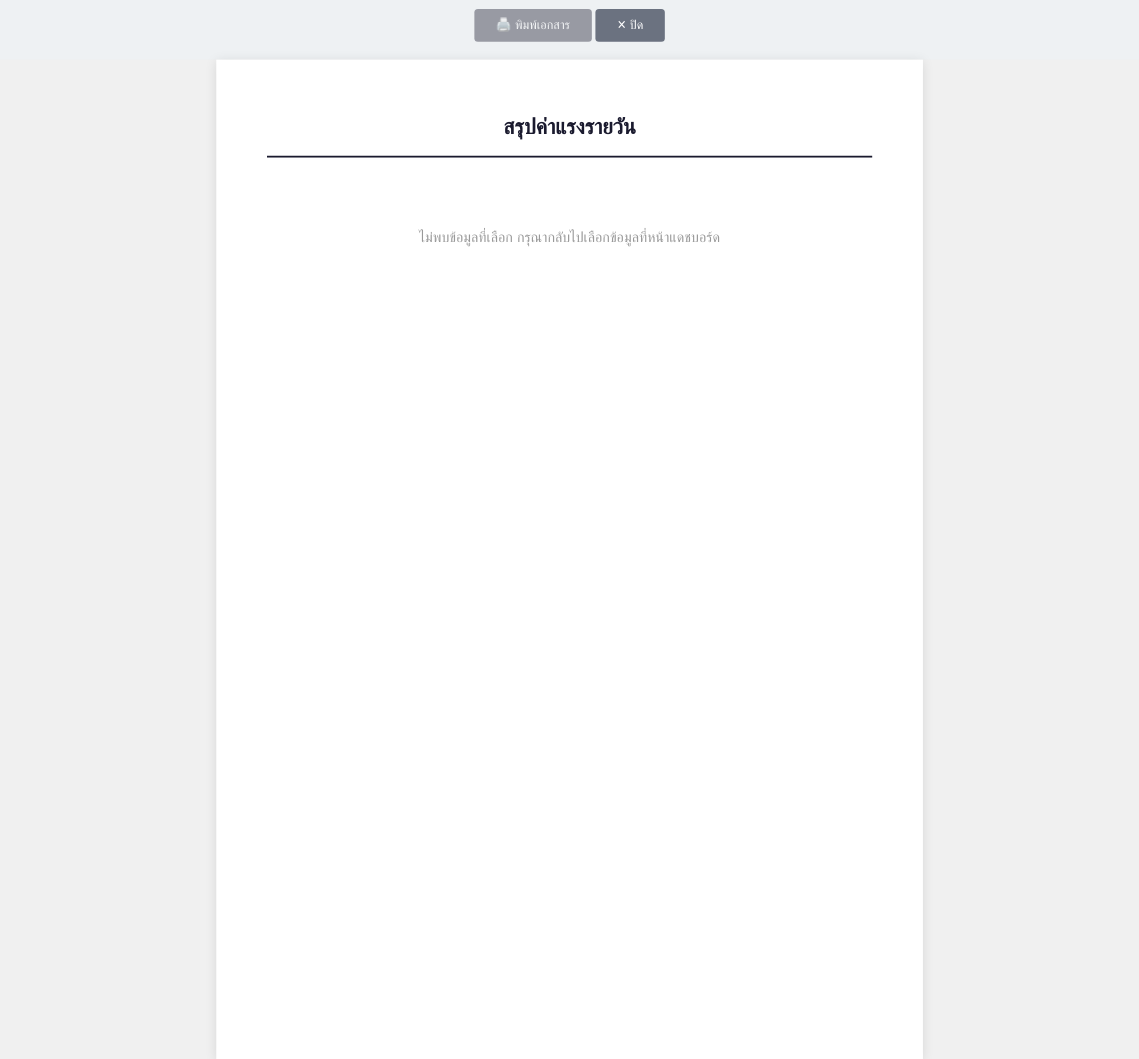
Repository: Artimis2nd/Web-Work
Page: summary-print.html
An editor plug-in stored every save of this project. The page is shown before and after the next save, followed by the edit.
The browser window is 1280 px wide. The pictures show the whole page, at 89% of full size.
Some web libraries are served in a nearby version.

Above is the page before, as saved 2026-07-21 17:36:58.

### summary-print.html
<!DOCTYPE html>
<html lang="th">
<head>
<meta charset="UTF-8">
<meta name="viewport" content="width=device-width, initial-scale=1.0">
<title>พิมพ์สรุปค่าแรง</title>
<script src="https://cdn.tailwindcss.com"></script>
<link rel="stylesheet" href="assets/css/style.css">
<style>
  @page { size: A4 portrait; margin: 15mm; }

  body {
    font-family: 'Sarabun', 'Sarabun PSK', 'TH Sarabun New', Tahoma, sans-serif;
    background: white;
    color: #1a1a2e;
    padding: 0;
    margin: 0;
  }

  .print-wrapper {
    max-width: 210mm;
    margin: 0 auto;
    padding: 15mm 15mm;
  }

  /* ===== การ์ดสรุปแต่ละใบ ขึ้นหน้า A4 ใหม่ทุกใบ ===== */
  .print-card {
    page-break-inside: avoid;
    page-break-before: always;
    margin-bottom: 5mm;
    border: 1.5px solid #333;
    padding: 8mm 8mm 6mm;
    border-radius: 3px;
    min-height: 80mm;
  }

  .print-card:first-child {
    page-break-before: avoid;
  }

  .print-card.has-break {
    page-break-after: always;
  }

  .print-card .card-header {
    margin-bottom: 6mm;
    padding-bottom: 3mm;
    border-bottom: 2px solid #1a1a2e;
  }

  .print-card .card-header .row {
    font-weight: 600;
    font-size: 12pt;
    line-height: 1.8;
    margin-bottom: 1mm;
  }

  .print-card .card-header .row span.label {
    display: inline-block;
    min-width: 90px;
  }

  .print-card .card-header .row .sep {
    display: inline-block;
    width: 20px;
  }

  .print-card .card-header .row .detail-text {
    font-weight: 400;
    white-space: pre-wrap;
  }

  .print-card .card-workers {
    font-size: 11pt;
    line-height: 1.7;
    margin-bottom: 5mm;
  }

  .print-card .card-workers .worker-item {
    padding: 1px 0;
  }

  .print-card .card-footer {
    border-top: 2px solid #1a1a2e;
    padding-top: 3mm;
    text-align: right;
  }

  .print-card .card-footer .sub-row {
    font-size: 11pt;
    font-weight: 400;
    color: #1a1a2e;
    line-height: 1.6;
  }

  .print-card .card-footer .total-row {
    font-size: 13pt;
    font-weight: 700;
    color: #dc2626;
    line-height: 1.8;
    margin-top: 1mm;
    padding-top: 1mm;
    border-top: 1px dashed #ccc;
  }

  /* ===== ส่วนรูปภาพ ขึ้นหน้า A4 ใหม่แยกจากการ์ด ===== */
  .image-section {
    page-break-before: always;
    margin-top: 0;
  }

  .image-page {
    page-break-inside: avoid;
    page-break-before: always;
    margin-bottom: 5mm;
  }

  .image-page:first-child {
    page-break-before: avoid;
  }

  .image-grid {
    display: grid;
    grid-template-columns: 1fr 1fr;
    gap: 6mm;
  }

  .image-grid .img-cell {
    break-inside: avoid;
    page-break-inside: avoid;
    text-align: center;
    margin-bottom: 4mm;
  }

  .image-grid .img-cell img {
    width: 100%;
    height: auto;
    max-height: 160mm;
    object-fit: contain;
    border: 1px solid #ccc;
    border-radius: 2px;
  }

  .image-grid .img-cell .img-date {
    font-size: 9pt;
    color: #555;
    margin-top: 2mm;
  }

  .no-break {
    page-break-inside: avoid;
  }

  .print-header {
    text-align: center;
    font-size: 18pt;
    font-weight: 700;
    margin-bottom: 10mm;
    padding-bottom: 4mm;
    border-bottom: 2px solid #1a1a2e;
  }

  @media screen {
    body {
      background: #f0f0f0;
    }
    .print-wrapper {
      background: white;
      box-shadow: 0 2px 12px rgba(0,0,0,0.1);
      min-height: 297mm;
    }
    /* บนหน้าจอไม่ต้องขึ้นหน้าใหม่ */
    .print-card { page-break-before: auto; page-break-after: auto; margin-bottom: 10mm; }
    .print-card.has-break { page-break-after: auto; }
    .image-section { page-break-before: auto; }
    .image-page { page-break-before: auto; }
  }

  @media print {
    .no-print { display: none; }
    body { background: white; }
    .print-wrapper { padding: 0; max-width: 100%; box-shadow: none; }
  }

  .btn-print {
    display: inline-block;
    padding: 8px 24px;
    background: #1a1a2e;
    color: white;
    border: none;
    border-radius: 4px;
    font-size: 14px;
    cursor: pointer;
    margin-bottom: 10px;
  }
  .btn-print:hover { background: #16213e; }
</style>
</head>
<body>
<div class="no-print" style="text-align:center;padding:10px;background:#eef1f3;">
  <button id="print-btn" class="btn-print" onclick="window.print()" disabled style="opacity:0.4;cursor:not-allowed;">🖨️ พิมพ์เอกสาร</button>
  <button class="btn-print" style="background:#6b7280;" onclick="window.close()">✕ ปิด</button>
</div>
<div id="print-content" class="print-wrapper">
  <div class="print-header">สรุปค่าแรงรายวัน</div>
  <div id="cards-container"></div>
  <div id="images-container" class="image-section"></div>
</div>

<script src="assets/js/config.js"></script>
<script src="assets/js/api.js"></script>
<script src="assets/js/utils.js"></script>
<script src="assets/js/pages/summary-print.js"></script>
</body>
</html>

### assets/css/style.css
/*
  ระบบคิดค่าแรงคนงาน — Design tokens
  แนวคิด: "สมุดบันทึกงานไซต์ก่อสร้าง" กระดาษพิมพ์เขียว (blueprint) + ตรายางประทับ + เทปวัด
*/

@import url('https://fonts.googleapis.com/css2?family=Oswald:wght@500;600;700&family=Inter:wght@400;500;600;700&family=IBM+Plex+Mono:wght@500;600&display=swap');

:root {
  /* Color */
  --ink: #1B2430;
  --ink-soft: #414B58;
  --paper: #EEF1F3;
  --paper-card: #FFFFFF;
  --blueprint: #3D6B99;
  --blueprint-dark: #2C4E70;
  --amber: #F2A93B;
  --amber-dark: #C9860F;
  --green: #3F8F5F;
  --red: #C1443C;
  --line: #D6DCE1;

  /* Type */
  --font-display: 'Oswald', sans-serif;
  --font-body: 'Inter', sans-serif;
  --font-mono: 'IBM Plex Mono', monospace;
}

body {
  background-color: var(--paper);
  background-image:
    linear-gradient(var(--line) 1px, transparent 1px),
    linear-gradient(90deg, var(--line) 1px, transparent 1px);
  background-size: 32px 32px;
  font-family: var(--font-body);
  color: var(--ink);
}

.font-display { font-family: var(--font-display); letter-spacing: 0.02em; }
.font-mono { font-family: var(--font-mono); }

/* ---------- App shell ---------- */
.app-shell {
  min-height: 100vh;
}

.sidebar {
  background: var(--ink);
  color: #E8ECEF;
}

.sidebar .brand {
  font-family: var(--font-display);
  font-weight: 600;
  letter-spacing: 0.04em;
}

.nav-tab {
  display: flex;
  align-items: center;
  gap: 0.6rem;
  padding: 0.65rem 0.9rem;
  border-radius: 4px;
  color: #B7C0CB;
  font-weight: 500;
  font-size: 0.92rem;
  transition: background-color 0.15s ease, color 0.15s ease, transform 0.1s ease;
  border-left: 3px solid transparent;
}

.nav-tab:hover {
  background: rgba(255,255,255,0.06);
  color: #FFFFFF;
}

.nav-tab.active {
  background: rgba(242, 169, 59, 0.12);
  color: var(--amber);
  border-left-color: var(--amber);
}

/* ---------- Ledger card ---------- */
.ledger-card {
  background: var(--paper-card);
  border: 1px solid var(--line);
  border-radius: 6px;
  box-shadow: 0 1px 2px rgba(27, 36, 48, 0.04);
}

.kpi-card {
  position: relative;
  overflow: hidden;
}

.kpi-card::before {
  content: '';
  position: absolute;
  left: 0; top: 0; bottom: 0;
  width: 4px;
  background: var(--tick-color, var(--blueprint));
}

.kpi-label {
  font-size: 0.72rem;
  letter-spacing: 0.08em;
  text-transform: uppercase;
  color: var(--ink-soft);
  font-weight: 600;
}

.kpi-value {
  font-family: var(--font-mono);
  font-weight: 600;
  color: var(--ink);
}

/* ---------- Measuring-tape ruled table ---------- */
.tape-table {
  border-collapse: separate;
  border-spacing: 0;
  width: 100%;
  table-layout: fixed; /* Force table to respect column widths */
}

.tape-table thead th {
  position: relative;
  text-align: center;
  font-size: 0.7rem;
  letter-spacing: 0.06em;
  text-transform: uppercase;
  color: var(--ink-soft);
  font-weight: 600;
  padding: 0.7rem 2px; /* Further reduced horizontal padding */
  border-bottom: 2px solid var(--ink);
  background: var(--paper-card);
  border-right: 1px solid var(--line);
  word-wrap: break-word; /* Allow long words in header to wrap */
  vertical-align: top; /* Align wrapped header text to the top */
}

.tape-table thead th:last-child {
  border-right: none;
}

.tape-table tbody td {
  padding: 0.65rem 2px; /* Further reduced horizontal padding */
  border-bottom: 1px dashed var(--line);
  font-size: 0.88rem;
  border-right: 1px solid var(--line);
}

.tape-table tbody td:last-child {
  border-right: none;
}

.tape-table tbody tr:hover td {
  background: #F8FAFB;
}

.tape-table tbody tr:first-child td {
  border-top: none;
}

/* left ruler ticks on first column */
.tape-table tbody td:first-child {
  position: relative;
  padding-left: 4px; /* Reduced first column padding */
}

/* ---------- Rubber stamp badge ---------- */
.stamp {
  display: inline-flex;
  align-items: center;
  gap: 0.3rem;
  font-family: var(--font-display);
  font-size: 0.68rem;
  letter-spacing: 0.08em;
  text-transform: uppercase;
  font-weight: 600;
  padding: 0.18rem 0.55rem;
  border: 1.5px solid currentColor;
  border-radius: 3px;
  transform: rotate(-2deg);
}

.stamp-active { color: var(--green); }
.stamp-inactive { color: var(--ink-soft); }
.stamp-paid { color: var(--blueprint-dark); }

/* ---------- Buttons ---------- */
.btn {
  display: inline-flex;
  align-items: center;
  justify-content: center;
  gap: 0.4rem;
  font-weight: 600;
  font-size: 0.86rem;
  padding: 0.55rem 1rem;
  border-radius: 5px;
  transition: filter 0.15s ease, transform 0.05s ease;
  cursor: pointer;
}
.btn:active { transform: translateY(1px); }

.btn-primary { background: var(--blueprint); color: #fff; }
.btn-primary:hover { filter: brightness(1.08); }

.btn-amber { background: var(--amber); color: var(--ink); }
.btn-amber:hover { filter: brightness(1.05); }

.btn-outline { background: transparent; border: 1.5px solid var(--line); color: var(--ink); }
.btn-outline:hover { border-color: var(--ink-soft); }

.btn-danger { background: transparent; color: var(--red); }
.btn-danger:hover { background: rgba(193,68,60,0.08); }

.btn[disabled] {
  cursor: not-allowed;
  filter: grayscale(0.5) brightness(0.95);
}

.progress-button-content {
  width: 100%;
  display: flex;
  flex-direction: column;
  align-items: center;
  gap: 5px;
}
.progress-label {
  font-size: 0.8rem;
  transition: color 0.2s ease;
}
.progress-track {
  width: 100%;
  height: 5px;
  background: rgba(255,255,255,0.3);
  border-radius: 3px;
  overflow: hidden;
}
.progress-fill {
  height: 100%;
  background: #fff;
  border-radius: 3px;
  transition: width 0.15s linear;
}

.btn-sm { padding: 0.3rem 0.6rem; font-size: 0.78rem; }

/* ---------- Form fields ---------- */
.field-label {
  display: block;
  font-size: 0.8rem;
  font-weight: 600;
  color: var(--ink-soft);
  margin-bottom: 0.3rem;
}

.field-input {
  width: 100%;
  border: 1.5px solid var(--line);
  border-radius: 5px;
  padding: 0.55rem 0.75rem;
  font-size: 0.9rem;
  background: #fff;
  color: var(--ink);
}
.field-input:focus {
  outline: none;
  border-color: var(--blueprint);
  box-shadow: 0 0 0 3px rgba(61, 107, 153, 0.15);
}

textarea.field-input {
  min-height: 120px;
  resize: vertical;
}

.worker-check {
  display: flex;
  align-items: center;
  justify-content: space-between;
  padding: 0.6rem 0.75rem;
  border: 1.5px solid var(--line);
  border-radius: 5px;
  cursor: pointer;
  transition: border-color 0.15s ease, background-color 0.15s ease;
}
.worker-check.checked {
  border-color: var(--amber-dark);
  background: rgba(242, 169, 59, 0.08);
}

/* ---------- Worker wage options (v2) ---------- */
.worker-options {
  display: none;
  margin-top: 0.5rem;
  padding: 0.75rem;
  background: #F8FAFB;
  border: 1px solid var(--line);
  border-radius: 5px;
}
.worker-options.open {
  display: block;
}

.wage-type-toggle {
  display: flex;
  gap: 0.5rem;
  margin-bottom: 0.5rem;
}

.wage-type-btn {
  padding: 0.3rem 0.7rem;
  font-size: 0.78rem;
  border: 1.5px solid var(--line);
  border-radius: 4px;
  background: #fff;
  cursor: pointer;
  font-weight: 500;
  transition: all 0.12s ease;
}
.wage-type-btn.active {
  border-color: var(--blueprint);
  background: var(--blueprint);
  color: #fff;
}

.wage-input-group {
  display: flex;
  align-items: center;
  gap: 0.5rem;
  flex-wrap: wrap;
}

.wage-input-group label {
  font-size: 0.8rem;
  color: var(--ink-soft);
  font-weight: 500;
}

.wage-input-group select,
.wage-input-group input[type="number"] {
  border: 1.5px solid var(--line);
  border-radius: 4px;
  padding: 0.3rem 0.5rem;
  font-size: 0.85rem;
  background: #fff;
  color: var(--ink);
  font-family: var(--font-mono);
}
.wage-input-group select:focus,
.wage-input-group input[type="number"]:focus {
  outline: none;
  border-color: var(--blueprint);
}

.wage-calc-result {
  font-size: 0.82rem;
  font-weight: 600;
  color: var(--blueprint-dark);
  margin-top: 0.3rem;
}

.wage-calc-result .no-markup {
  color: var(--red);
  font-size: 0.72rem;
  font-weight: 500;
}

/* ---------- Image upload (v2) ---------- */
.image-upload-area {
  border: 2px dashed var(--line);
  border-radius: 6px;
  padding: 1.5rem;
  text-align: center;
  cursor: pointer;
  transition: border-color 0.15s ease, background-color 0.15s ease;
}
.image-upload-area:hover {
  border-color: var(--blueprint);
  background: rgba(61, 107, 153, 0.04);
}
.image-upload-area.dragover {
  border-color: var(--amber);
  background: rgba(242, 169, 59, 0.06);
}

.image-grid {
  display: grid;
  grid-template-columns: repeat(auto-fill, minmax(100px, 1fr));
  gap: 0.5rem;
  margin-top: 0.75rem;
}

.image-preview {
  position: relative;
  aspect-ratio: 1;
  border-radius: 4px;
  overflow: hidden;
  border: 1px solid var(--line);
}
.image-preview img {
  width: 100%;
  height: 100%;
  object-fit: cover;
}
.image-preview .remove-btn {
  position: absolute;
  top: 2px;
  right: 2px;
  width: 22px;
  height: 22px;
  border-radius: 50%;
  background: rgba(0,0,0,0.6);
  color: #fff;
  border: none;
  font-size: 14px;
  line-height: 1;
  cursor: pointer;
  display: flex;
  align-items: center;
  justify-content: center;
  transition: background 0.12s ease;
}
.image-preview .remove-btn:hover {
  background: var(--red);
}

.image-count {
  font-size: 0.78rem;
  color: var(--ink-soft);
  margin-top: 0.4rem;
}

/* ---------- Loading skeleton ---------- */
.skeleton {
  background: linear-gradient(90deg, #E4E8EB 25%, #EDF0F2 37%, #E4E8EB 63%);
  background-size: 400% 100%;
  animation: skeleton-loading 1.4s ease infinite;
  border-radius: 4px;
}
@keyframes skeleton-loading {
  0% { background-position: 100% 50%; }
  100% { background-position: 0 50%; }
}

.spinner {
  width: 1.1rem;
  height: 1.1rem;
  border: 2.5px solid rgba(255,255,255,0.4);
  border-top-color: #fff;
  border-radius: 50%;
  animation: spin 0.7s linear infinite;
}
.spinner-dark {
  border: 2.5px solid rgba(27,36,48,0.15);
  border-top-color: var(--blueprint);
}
@keyframes spin { to { transform: rotate(360deg); } }

/* ---------- Toast ---------- */
#toast-container {
  position: fixed;
  bottom: 1.25rem;
  right: 1.25rem;
  z-index: 60;
  display: flex;
  flex-direction: column;
  gap: 0.5rem;
}

.toast {
  min-width: 260px;
  max-width: 340px;
  padding: 0.75rem 1rem;
  border-radius: 6px;
  font-size: 0.86rem;
  font-weight: 500;
  color: #fff;
  box-shadow: 0 6px 16px rgba(0,0,0,0.18);
  animation: toast-in 0.2s ease;
}
@keyframes toast-in {
  from { opacity: 0; transform: translateY(8px); }
  to { opacity: 1; transform: translateY(0); }
}
.toast-success { background: var(--green); }
.toast-error { background: var(--red); }
.toast-info { background: var(--blueprint-dark); }

/* ---------- Error banner ---------- */
.error-banner {
  border: 1.5px solid var(--red);
  background: rgba(193, 68, 60, 0.06);
  color: var(--red);
  border-radius: 6px;
  padding: 0.85rem 1rem;
  font-size: 0.88rem;
  display: flex;
  align-items: flex-start;
  gap: 0.6rem;
}

/* ---------- Status badge ---------- */
.status-badge {
  display: flex;
  align-items: center;
  gap: 6px;
  font-size: 0.7rem;
  padding: 5px 10px;
  border-radius: 20px;
  white-space: nowrap;
  font-weight: 600;
  border: 1.5px solid transparent;
  transition: background 0.2s ease, color 0.2s ease;
}
.status-badge.status-online,
.status-badge.status-offline {
  /* เปลี่ยนกลับเป็น text-only เมื่อได้ผลลัพธ์ */
  display: inline-flex;
  align-items: center;
  gap: 4px;
  padding: 4px 10px;
}
.status-online {
  background: #e6f7e6;
  color: #1a7d1a;
  border-color: #b8e6b8;
}
.status-offline {
  background: #ffe6e6;
  color: #cc0000;
  border-color: #f5b8b8;
}

.status-progress-label {
  font-size: 0.65rem;
  font-weight: 700;
  min-width: 3.5em;
  text-align: center;
}
.status-progress-track {
  width: 60px;
  height: 6px;
  background: #dce2e8;
  border-radius: 3px;
  overflow: hidden;
}
.status-progress-fill {
  height: 100%;
  background: #3D6B99;
  border-radius: 3px;
  transition: width 0.15s linear;
}
.status-loading {
  background: #f0f4f8;
  color: #3D6B99;
  border-color: #c8d4e0;
}

/* ---------- Text truncate for job detail ---------- */
.text-truncate {
  max-width: 250px;
  white-space: normal; /* Allow text to wrap */
  word-break: break-word; /* Break long words to prevent overflow */
}

/* Scrollbar tidy */
::-webkit-scrollbar { width: 8px; height: 8px; }
::-webkit-scrollbar-thumb { background: #C7CFD6; border-radius: 4px; }

/* ---------- Print Styles ---------- */
@media print {
  body {
    background: none;
  }

  /* Hide everything by default */
  body * {
    visibility: hidden;
  }

  /* Then, show the printable area and its children */
  #printable-area, #printable-area * {
    visibility: visible;
  }

  /* Position the printable area at the top of the page */
  #printable-area {
    position: absolute;
    left: 0;
    top: 0;
    width: 100%;
    padding: 0;
  }
}

### assets/js/config.js
/**
 * ตั้งค่า URL ของ Google Apps Script Web App ที่นี่
 * หลังจาก Deploy Web App แล้ว ให้นำ URL ที่ได้ (ลงท้ายด้วย /exec) มาวางแทนค่าด้านล่าง
 */
window.API_URL = 'https://script.google.com/macros/s/AKfycbyyXY_YjBvFi9lMIIbMjmkdoYzpeusf_W97DfdqgGDmp-2ctgk91iVhUHt_Y6VvIAqVZg/exec';

Loaded but not shown: assets/js/utils.js (288 lines, source omitted); assets/js/pages/summary-print.js (205 lines, source omitted); assets/js/api.js (58 lines, source omitted)

After the next save:
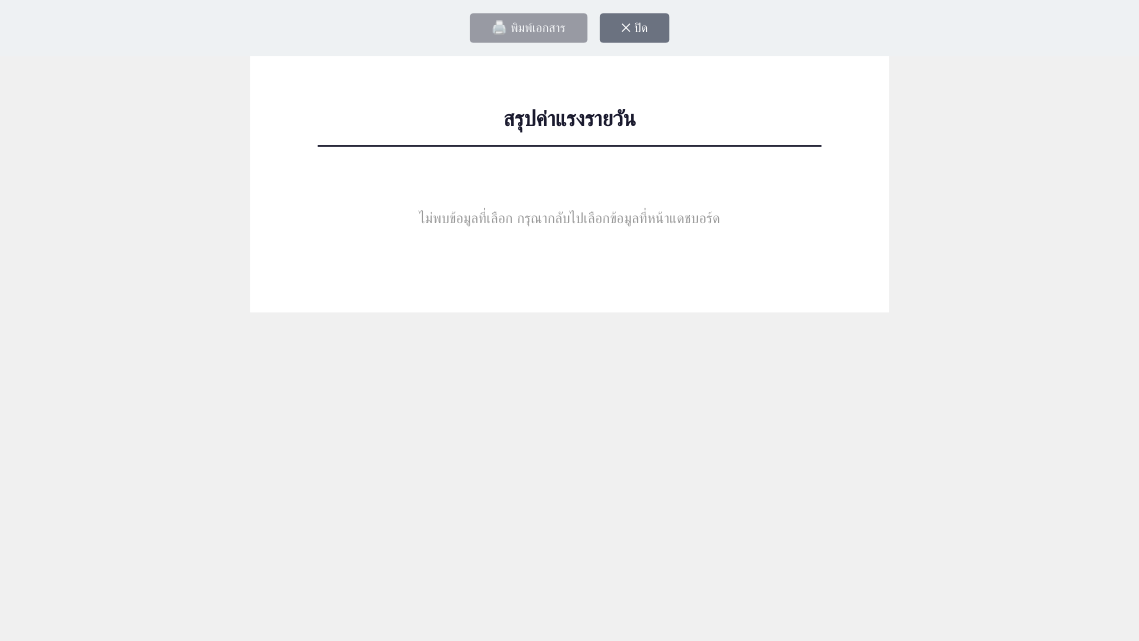
Saved 7 min 4 s later.
--- a/summary-print.html
+++ b/summary-print.html
@@ -4,70 +4,63 @@
 <meta charset="UTF-8">
 <meta name="viewport" content="width=device-width, initial-scale=1.0">
 <title>พิมพ์สรุปค่าแรง</title>
-<script src="https://cdn.tailwindcss.com"></script>
-<link rel="stylesheet" href="assets/css/style.css">
 <style>
-  @page { size: A4 portrait; margin: 15mm; }
-
+  /* ===== Reset & Base ===== */
+  * { box-sizing: border-box; }
   body {
     font-family: 'Sarabun', 'Sarabun PSK', 'TH Sarabun New', Tahoma, sans-serif;
-    background: white;
+    background: #f0f0f0;
     color: #1a1a2e;
     padding: 0;
     margin: 0;
   }
 
   .print-wrapper {
-    max-width: 210mm;
+    max-width: 190mm;
     margin: 0 auto;
-    padding: 15mm 15mm;
+    background: white;
+    padding: 15mm 20mm;
   }
 
-  /* ===== การ์ดสรุปแต่ละใบ ขึ้นหน้า A4 ใหม่ทุกใบ ===== */
+  /* ===== Print Header ===== */
+  .print-header {
+    text-align: center;
+    font-size: 18pt;
+    font-weight: 700;
+    margin-bottom: 8mm;
+    padding-bottom: 4mm;
+    border-bottom: 2px solid #1a1a2e;
+  }
+
+  /* ===== Card ===== */
   .print-card {
     page-break-inside: avoid;
     page-break-before: always;
-    margin-bottom: 5mm;
     border: 1.5px solid #333;
     padding: 8mm 8mm 6mm;
     border-radius: 3px;
+    margin-bottom: 5mm;
     min-height: 80mm;
   }
-
-  .print-card:first-child {
-    page-break-before: avoid;
-  }
-
-  .print-card.has-break {
-    page-break-after: always;
-  }
+  .print-card:first-child { page-break-before: avoid; }
+  .print-card.has-break { page-break-after: always; }
 
   .print-card .card-header {
     margin-bottom: 6mm;
     padding-bottom: 3mm;
     border-bottom: 2px solid #1a1a2e;
   }
-
   .print-card .card-header .row {
-    font-weight: 600;
     font-size: 12pt;
     line-height: 1.8;
     margin-bottom: 1mm;
   }
-
-  .print-card .card-header .row span.label {
-    display: inline-block;
-    min-width: 90px;
+  .print-card .card-header .row .label {
+    font-weight: 600;
   }
-
   .print-card .card-header .row .sep {
     display: inline-block;
-    width: 20px;
-  }
-
-  .print-card .card-header .row .detail-text {
-    font-weight: 400;
-    white-space: pre-wrap;
+    width: 15px;
   }
 
   .print-card .card-workers {
@@ -75,7 +68,6 @@
     line-height: 1.7;
     margin-bottom: 5mm;
   }
-
   .print-card .card-workers .worker-item {
     padding: 1px 0;
   }
@@ -85,14 +77,12 @@
     padding-top: 3mm;
     text-align: right;
   }
-
   .print-card .card-footer .sub-row {
     font-size: 11pt;
     font-weight: 400;
     color: #1a1a2e;
     line-height: 1.6;
   }
-
   .print-card .card-footer .total-row {
     font-size: 13pt;
     font-weight: 700;
@@ -100,88 +90,65 @@
     line-height: 1.8;
     margin-top: 1mm;
     padding-top: 1mm;
-    border-top: 1px dashed #ccc;
+    border-top: 1px dashed #999;
   }
 
-  /* ===== ส่วนรูปภาพ ขึ้นหน้า A4 ใหม่แยกจากการ์ด ===== */
+  /* ===== Images ===== */
   .image-section {
     page-break-before: always;
     margin-top: 0;
   }
-
   .image-page {
     page-break-inside: avoid;
     page-break-before: always;
     margin-bottom: 5mm;
   }
-
-  .image-page:first-child {
-    page-break-before: avoid;
-  }
+  .image-page:first-child { page-break-before: avoid; }
 
   .image-grid {
     display: grid;
     grid-template-columns: 1fr 1fr;
-    gap: 6mm;
+    gap: 5mm;
   }
-
   .image-grid .img-cell {
     break-inside: avoid;
     page-break-inside: avoid;
     text-align: center;
-    margin-bottom: 4mm;
+    margin-bottom: 3mm;
   }
-
   .image-grid .img-cell img {
     width: 100%;
     height: auto;
-    max-height: 160mm;
-    object-fit: contain;
     border: 1px solid #ccc;
     border-radius: 2px;
   }
-
   .image-grid .img-cell .img-date {
     font-size: 9pt;
     color: #555;
     margin-top: 2mm;
   }
 
-  .no-break {
-    page-break-inside: avoid;
+  /* ===== Print ===== */
+  @page {
+    size: A4 portrait;
+    margin: 0;
+  }
+  @media print {
+    body {
+      background: white;
+      -webkit-print-color-adjust: exact;
+      print-color-adjust: exact;
+    }
+    .print-wrapper {
+      padding: 15mm 20mm;
+      max-width: 100%;
+      box-shadow: none;
+    }
+    .no-print { display: none !important; }
+    .print-card { border-color: #333; }
   }
 
-  .print-header {
-    text-align: center;
-    font-size: 18pt;
-    font-weight: 700;
-    margin-bottom: 10mm;
-    padding-bottom: 4mm;
-    border-bottom: 2px solid #1a1a2e;
-  }
-
-  @media screen {
-    body {
-      background: #f0f0f0;
-    }
-    .print-wrapper {
-      background: white;
-      box-shadow: 0 2px 12px rgba(0,0,0,0.1);
-      min-height: 297mm;
-    }
-    /* บนหน้าจอไม่ต้องขึ้นหน้าใหม่ */
-    .print-card { page-break-before: auto; page-break-after: auto; margin-bottom: 10mm; }
-    .print-card.has-break { page-break-after: auto; }
-    .image-section { page-break-before: auto; }
-    .image-page { page-break-before: auto; }
-  }
-
-  @media print {
-    .no-print { display: none; }
-    body { background: white; }
-    .print-wrapper { padding: 0; max-width: 100%; box-shadow: none; }
-  }
-
+  /* ===== Buttons ===== */
   .btn-print {
     display: inline-block;
     padding: 8px 24px;
@@ -191,14 +158,15 @@
     border-radius: 4px;
     font-size: 14px;
     cursor: pointer;
-    margin-bottom: 10px;
+    margin: 5px;
   }
   .btn-print:hover { background: #16213e; }
+  .btn-print:disabled { opacity: 0.4; cursor: not-allowed; }
 </style>
 </head>
 <body>
 <div class="no-print" style="text-align:center;padding:10px;background:#eef1f3;">
-  <button id="print-btn" class="btn-print" onclick="window.print()" disabled style="opacity:0.4;cursor:not-allowed;">🖨️ พิมพ์เอกสาร</button>
+  <button id="print-btn" class="btn-print" disabled>🖨️ พิมพ์เอกสาร</button>
   <button class="btn-print" style="background:#6b7280;" onclick="window.close()">✕ ปิด</button>
 </div>
 <div id="print-content" class="print-wrapper">
